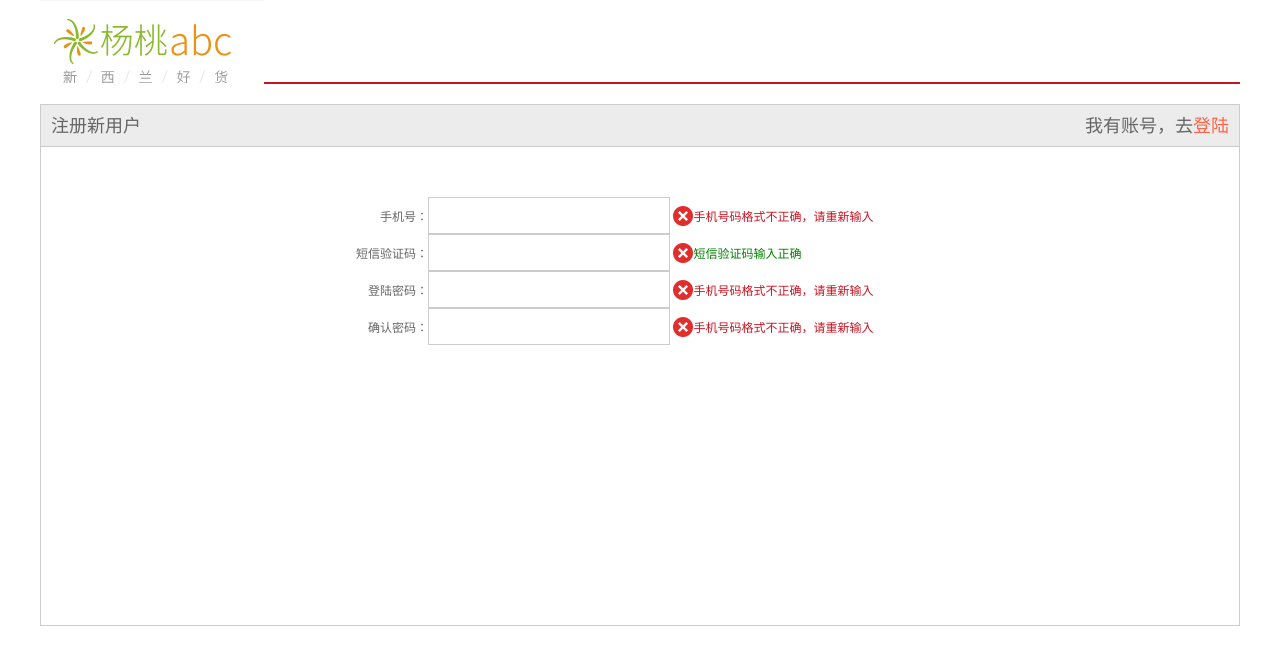
Repository: Jasonlee6789/shoppingWeb
Page: register.html
These files come from the project's save history. The page is drawn as it stood at one moment and after the next save; the edit follows.
The browser window is 1280 px wide. The pictures show the whole page.

Above is the page before, as saved 2020-05-29 13:23:44.

After the next save:
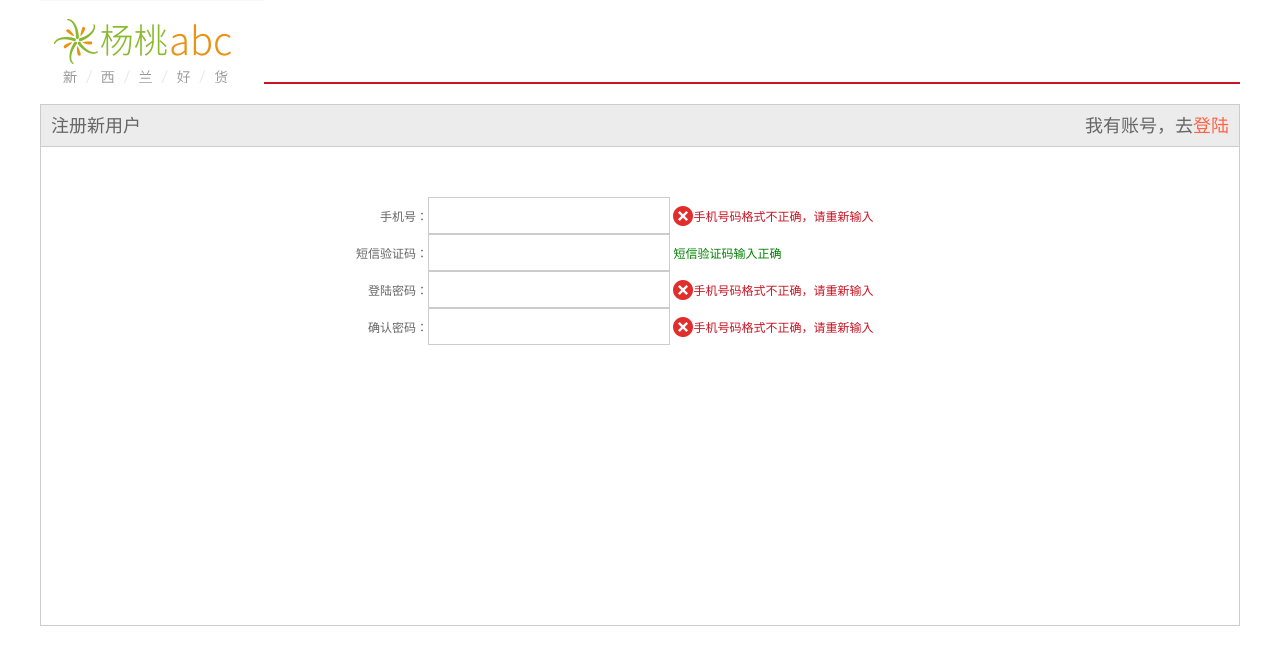
Saved 24 s later.
--- a/register.html
+++ b/register.html
@@ -26,7 +26,7 @@
                     <li><label for="">手机号：</label><input type="text">
                         <span class="error"><i class="error_icon"></i>手机号码格式不正确，请重新输入</span></li>
                     <li><label for="">短信验证码：</label><input type="text">
-                        <span class="success"><i class="error_icon"></i>短信验证码输入正确</span></li>
+                        <span class="success"><i class="success_icon"></i>短信验证码输入正确</span></li>
                     <li><label for="">登陆密码：</label><input type="text">
                         <span class="error"><i class="error_icon"></i>手机号码格式不正确，请重新输入</span></li>
                     <li><label for="">确认密码：</label><input type="text">
